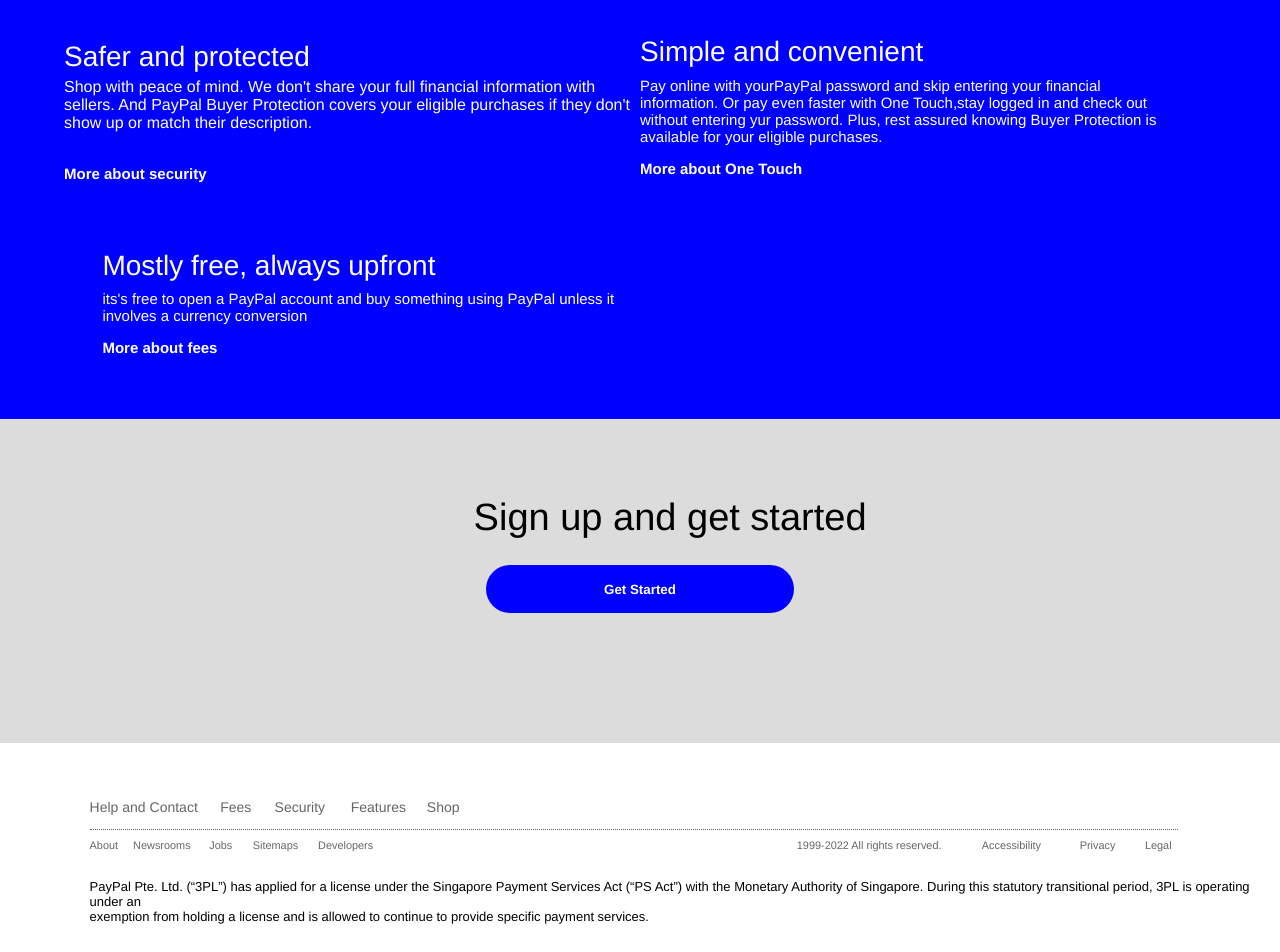
Repository: Jayeola3/Paypal
Page: ppal.html
An editor plug-in stored every save of this project. The page is shown before and after the next save, followed by the edit.
The browser window is 1280 px wide. The pictures show the part of the page from y = 1741 to 2693 px (the page is 2693 px tall).
A picture or video elsewhere on the page could not be fetched, so the positions and the page height are approximate. Some web libraries are served in a nearby version.

Above is the page before, as saved 2022-06-21 04:45:41.

### ppal.html
<!DOCTYPE html>
<html lang="en">
<head>
    <meta charset="UTF-8">
    <meta http-equiv="X-UA-Compatible" content="IE=edge">
    <meta name="viewport" content="width=device-width, initial-scale=1.0">
    <title>Document</title>
    <link rel="stylesheet" href="pay.css">
    <script src="https://kit.fontawesome.com/ae49a07b65.js" crossorigin="anonymous"></script>
    <script>
        function myFunction() {
            document.getElementById("drops").style.display="block";
        }
        </script>
</head>
<body>
    <div class="body">
        <div class="head">
            <img src="images/paypal.PNG" alt="" class="pal">
            <h3 class="sonal" onmouseover="myFunction()">Personal <i class="fa-light fas fa-angle-down"></i></h3>
            <button class="log">Log in</button>
            <button class="sign">Sign up</button>
        </div>
    </div>
    <div class="drop" id="drops">
        <a href="http://" class="link1">How PayPal Works <br><p class="lim">What can you do with a personal account</p></a>
        <a href="http://" class="link2">Pay Online <br><p class="lim2">Online payment without borders</p></a>
        <a href="http://" class="link3">Send Payments <br><p class="lim3">Send payment abroad</p></a>
        <a href="http://" class="link4">Search for Deals <br><p class="lim4">Pay with paypal and save money</p></a>
    </div>
    <div class="div1">
        <div class="in">The simpler, safer way to pay online</div>
        <button class="free">Sign up for free</button><p class="business">
        Own a business?<a href="http://"> Open a business account</a></p>
    </div>
    <div class="div2">
        <div class="ins">
            Paypal is for everyone who pays online.
        </div>
        <img src="images/1-individuals.jpg" alt="" class="indiv">
        <h3 class="individ">Individuals</h3>
        <p class="reason">Find out why we have more than 200M active accounts worldwide.</p>
        <button class="learn">Learn More</button>
    </div>
    <div class="div3">
        <div class="connect">
            Paypal connects buyers and sellers.
        </div>
        <p class="buys">For buyers <br>____________</p>
        <img src="images/buyonline_browser1.png" class="image1">
        <img src="images/buyonline_browser2.png" class="image2">
        <img src="images/buyonline_browser3.png" class="image3">
        <div class="num1">
           <p class="one"> 1</p>
        </div>
        <div class="signs">
            <p  class="steps"><a href="http://" class="links">Sign up</a> with just an email address and <br>password.</p>
        </div>
        <div class="num2">
            <p class="two"> 2</p>
         </div>
         <div class="sig">
             <p>Securely add a card.</p>
         </div>
         <div class="num3">
            <p class="three"> 3</p>
         </div>
         <div class="sigs">
             <p>Use the paypal button to check out with<br> just an email address and password.</p>
         </div>
         <button class="learns"> Learn More</button>
    </div>
    <div class="div4">
        <h2 class="active">Join 200m active PayPal accounts worldwide.</h2>
        <div class="safer">
            <h3 class="safe">Safer and protected</h3>
            <p>Shop with peace of mind. We don't share your full financial information with <br>sellers. And PayPal Buyer Protection covers your eligible purchases if they don't <br>show up or match their description.</p>
            <a href="http://" class="more" id="mores">More about security</a>
        </div>
        <div class="frees">
            <h3 class="front">Mostly free, always upfront</h3>
            <p>its's free to open a PayPal account and buy something using PayPal unless it <br>involves a currency conversion</p>
            <a href="http://" class="more">More about fees</a>
        </div>

        <div class="simple">
            <h3 class="con">Simple and convenient</h3>
            <p >Pay online with yourPayPal password and skip entering your financial <br>information. Or pay even faster with One Touch,stay logged in and check out <br>without entering yur password. Plus, rest assured knowing Buyer Protection is <br>available for your eligible purchases.</p>
            <a href="http://" class="more">More about One Touch</a>
        </div>

    </div>
    <div class="div5">
        <h2 class="start">Sign up and get started</h2>
        <button class="started"> Get Started</button>
    </div>
    <div class="help">
        <div class="move">
            <a href="http://" class="lin">Help and Contact</a>
            <a href="http://" class="win"> Fees</a>
            <a href="http://" class="gin">Security</a>
            <a href="http://" class="sin">Features</a>
            <a href="http://" class="qin">Shop</a>
        </div>
        <div class="bout">
            <a href="http://" class="bin">About</a>
            <a href="http://" class="won">Newsrooms</a>
            <a href="http://" class="gon">Jobs</a>
            <a href="http://" class="son">Sitemaps</a>
            <a href="http://" class="qon">Developers</a>
            <a href="http://" class="rights">1999-2022 All rights reserved.</a>
            <a href="http://" class="access">Accessibility</a>
            <a href="http://" class="privacy">Privacy</a>
            <a href="http://" class="legal">Legal</a>
        </div>
        <p class="limited">PayPal Pte. Ltd. (“3PL”) has applied for a license under the Singapore Payment Services Act (“PS Act”) with the Monetary Authority of Singapore. During this statutory transitional period, 3PL is operating under an <br>exemption from holding a license and is allowed to continue to provide specific payment services.</p>
    </div>
</body>
</html>

### pay.css
*{
    font-family: "Helvetica Neue",Helvetica,Arial,sans-serif;
}
body{
    padding: 0;
    margin: 0;
}
.head{
    width: 100%;
    height: 10%;
    position: absolute;
    top: 0%;
}
.pal{
    position: absolute;
    left: 7%;
    top:10%;
}
.drop{
    width: 100%;
    height: 25%;
    position: absolute;
    top: 10%;
    display: none;
    background-color:blue;
    font-size: 14px;
    font-weight: 10;
    z-index: 1;
}
.link1{
    position: absolute;
    top: 10%;
    left: 15%;
    width: 20%;
}
.link1:hover{
    color: white;
    text-decoration: underline;
}
.link2{
    position:absolute;
    top: 60%;
    left: 15%;
    width: 18%;
}
.link2:hover{
    color: white;
    text-decoration: underline;
}
.link3{
    position: absolute;
    right: 23.5%;
    top: 10%;
    width: 18%;
}
.link3:hover{
    color: white;
    text-decoration: underline;
}
.link4{
    position: absolute;
    right: 23.5%;
    top: 60%;
    width: 18%;
}
.link4:hover{
    color: white;
    text-decoration: underline;
}
.lim{
    position: absolute;
    top: 65%;
    font-size: smaller;
}
.lim:hover{
    color: white;
    text-decoration: underline;
}
.lim2{
    position: absolute;
    top: 65%;
    font-size: smaller;
}
.lim2:hover{
    color: white;
    text-decoration: underline;
}
.lim3{
    position: absolute;
    top: 65%;
    font-size: smaller;
}
.lim3:hover{
    color: white;
    text-decoration: underline;
}
.lim4{
    position: absolute;
    top: 65%;
    font-size: smaller;
}
.lim4:hover{
    color: white;
    text-decoration: underline;
}
.sonal{
    position: absolute;
    left: 46%;
    top:10%;
}
.log{
    position: absolute;
    right: 16%;
    top: 30%;
    font-size: 13px;
    font-weight: 800;
    color: blue;
    background-color: white;
    border: 1px solid blue;
    width: 6%;
    height: 50%;
    border-radius: 15px;
}
.sign{
    position: absolute;
    right: 9%;
    top: 30%;
    background-color: blue;
    color: white;
    font-size: 13px;
    font-weight: 800;
    box-shadow: none;
    width: 6%;
    height: 50%;
    border-radius: 18px;
    border: none;
}
.div1{
    background-color: blueviolet;
    width: 100%;
    height: 60%;
    position: absolute;
    bottom: 30%;
    text-align: center;
    font-weight: 100;
    color: white;
    font-size: 45px;
}
.in{
    position: absolute;
    top: 32%;
    left: 24%;
}
.free{
    position: absolute;
    top: 58%;
    left: 35%;
    width: 25%;
    height: 10%;
    border:none;
    border-radius: 18px;
    color: white;
    background-color: blue;
    font-size: 16px;
    font-weight: 600;
}
.business{
    position: absolute;
    top: 67%;
    left: 38%;
    font-size: 15px;
}
a{
    font-weight: 800;
    text-decoration: none;
    color: white;
}
a:hover{
    text-decoration: underline;
    color: blue;
}
.div2{
    width: 100%;
    height: 50%;
    position: absolute;
    top: 80%;
    text-align: center;
    font-weight: 100;
    font-size: 45px;
}
.indiv{
    position: absolute;
    top: 28%;
    left: 48%;
}
.individ{
    position: absolute;
    top: 48%;
    left: 46%;
    font-size: 25px;
}
.reason{
    position: absolute;
    top:63%;
    left: 32%;
    font-size: 18px;
}
.learn{
    position: absolute;
    top: 79%;
    left: 42%;
    font-size: 15px;
    width: 14%;
    color: blue;
    background-color: white;
    border-radius: 22px;
    border:1px solid blue;
    height: 15%;
}
.div3{
    width: 100%;
    height: 80%;
    position: absolute;
    top: 140%;
    text-align: center;
    background-color: gainsboro;
    font-weight: 100;
    font-size: 45px;
}
.connect{
    position: absolute;
    top: 7%;
    left: 30%;
    font-size: 35px;
    font-weight: light;
}
.buys{
    position: absolute;
    top: 18%;
    left: 47%;
    font-size: 14px;
    font-weight: 10;
}
.image1{
    position: absolute;
    top: 32%;
    left: 13%;
}
.image2{
    position: absolute;
    top: 32%;
    left: 43%;
}
.image3{
    position: absolute;
    top: 32%;
    left: 73%;
}
.num1{
    position: absolute;
    top: 64%;
    left: 7%;
    width: 3%;
    height: 7.5%;
    font-size: 20px;
    border:1px solid gray;
    border-radius: 100%;
}
.one{
    position: absolute;
    top:-27%;
    left: 37%;
}
.signs{
    position: absolute;
    top:62%;
    left: 11%;
    font-size: 18px;
    text-align: justify;
}
.links{
    color:blue;
    text-decoration: none;
}
.links:hover{
    color:blue;
    text-decoration: underline;
}
.num2{
    position: absolute;
    top: 64%;
    left: 39%;
    width: 3%;
    height: 7.5%;
    font-size: 20px;
    border:1px solid gray;
    border-radius: 100%;
}
.two{
    position: absolute;
    top:-27%;
    left: 37%;
}
.sig{
    position: absolute;
    top:62%;
    left: 43%;
    font-size: 18px;
}
.num3{
    position: absolute;
    top: 64%;
    left: 69%;
    width: 3%;
    height: 7.5%;
    font-size: 20px;
    border:1px solid gray;
    border-radius: 100%;
}
.three{
    position: absolute;
    top:-27%;
    left: 37%;
}
.sigs{
    position: absolute;
    top:62%;
    left: 73%;
    text-align: justify;
    font-size: 18px;
}
.learns{
    position: absolute;
    top: 80%;
    left: 42%;
    font-size: 15px;
    width: 14%;
    background-color: gainsboro;
    color: blue;
    border-radius: 22px;
    border:1px solid blue;
    height: 10%;
}
.div4{
    width: 100%;
    height: 80%;
    position: absolute;
    top: 220%;
    background-color: blue;

}
.active{
    font-size: 40px;
    position: absolute;
    left: 19%;
    top: 3%;
    color: white;
}
.simple{
    position: absolute;
    left: 50%;
    top: 38%;
    color: white;
    font-size: 14.994px;
    font-weight: 500;
    font-family: "Helvetica Neue",Helvetica,Arial,sans-serif;;
}
.con{
    position: absolute;
    top: -47%;
    font-size: 28px;
    font-weight: 200;
}
.pro{
    width: 50%;
    position: absolute;
    top: 90%;
}
.frees{
    position: absolute;
    left: 8%;
    top: 75%;
    color: white;
    font-size: 14.994px;
    font-weight: 500;
    font-family: "Helvetica Neue",Helvetica,Arial,sans-serif;
}
.front{
    position: absolute;
    top: -65%;
    font-size: 28px;
    font-weight: 200;
}
.safer{
    position: absolute;
    left: 5%;
    top: 38%;
    font-size: 14.994 px;
    font-weight: 500;
    font-family: "Helvetica Neue",Helvetica,Arial,sans-serif;
    color: white;
}
.safe{
    position: absolute;
    top: -57%;
    font-size: 28px;
    font-weight: 200;
}
#mores{
    position: absolute;
    top: 120%;
}
.more{
    font-size: 15px;
    font-weight: 800;
}
.more:hover{
    text-decoration: underline;
    color: white;
}
.div5{
    width: 100%;
    height: 45%;
    position: absolute;
    top: 300%;
    text-align: center;
    background-color:gainsboro;
}
.start{
    position:absolute;
    top: 14%;
    left: 37%;
    font-size: 38px;
    font-weight: 100;
}
.started{
    position: absolute;
    top: 45%;
    left: 38%;
    width: 24%;
    height: 15%;
    border: none;
    border-radius: 124px;
    font-weight: 800;
    background-color: blue;
    color: white;
}
.help{
    width: 100%;
    height: 34%;
    position: absolute;
    top: 340%;
}
.move{
    position: absolute;
    left: 7%;
    top: 25%;
    width: 85%;
    height: 25%;
    font-size: 15px;
    font-weight: 100;
    text-align:center;
    border:1px dotted #666666;
    border-top: none;
    border-left: none;
    border-right: none;
}
.lin{
    position: absolute;
    left: 0%;
    top: 50%;
    color: #666666;
    font-size: 14px;
    font-weight: 200;
}
.lin:hover{
    color: #666666;
}
.win{
    position: absolute;
    left: 12%;
    top: 50%;
    color: #666666;
    font-size: 14px;
    font-weight: 200;
}
.win:hover{
    color: #666666;
}
.gin{
    position: absolute;
    left: 17%;
    top: 50%;
    color: #666666;
    font-size: 14px;
    font-weight: 200;
}
.gin:hover{
    color: #666666;
}
.sin{
    position: absolute;
    left: 24%;
    top: 50%;
    color: #666666;
    font-size: 14px;
    font-weight: 200;
}
.sin:hover{
    color: #666666;
}
.qin{
    position: absolute;
    left: 31%;
    top: 50%;
    color: #666666;
    font-size: 14px;
    font-weight: 200;
}
.qin:hover{
    color: #666666;
}
.bout{
    position: absolute;
    left: 7%;
    top: 54%;
    width: 85%;
    font-size: 10.9px;
    color: #666666;

}
.bin{
    color: #666666;
    font-weight: lighter;
}
.bin:hover{
    color: #666666;
}
.won{
    position: absolute;
    left: 4%;
    color: #666666;
    font-weight: lighter;
}
.won:hover{
    color: #666666;
}
.gon{
    position: absolute;
    left: 11%;
    color: #666666;
    font-weight: lighter;
}
.gon:hover{
    color: #666666;
}
.son{
    position: absolute;
    left: 15%;
    color: #666666;
    font-weight: lighter;
}
.son:hover{
    color: #666666;
}
.qon{
    position: absolute;
    left: 21%;
    color: #666666;
    font-weight: lighter;
}
.qon:hover{
    color: #666666;
}
.rights{
    position: absolute;
    left: 65%;
    font-weight: lighter;
    color: #666666;
}
.rights:hover{
    color: #666666;
    text-decoration: none;
}
.access{
    position: absolute;
    left: 82%;
    color: #666666;
    font-weight: lighter;
}
.access:hover{
    color: #666666;
}
.privacy{
    position: absolute;
    left: 91%;
    color: #666666;
    font-weight: lighter;
}
.privacy:hover{
    color: #666666;
}
.legal{
    position: absolute;
    left: 97%;
    color: #666666;
    font-weight: lighter;
}
.legal:hover{
    color: #666666;
}
.limited{
    position: absolute;
    top: 65%;
    left: 7%;
    font-size: 13px;
}

After the next save:
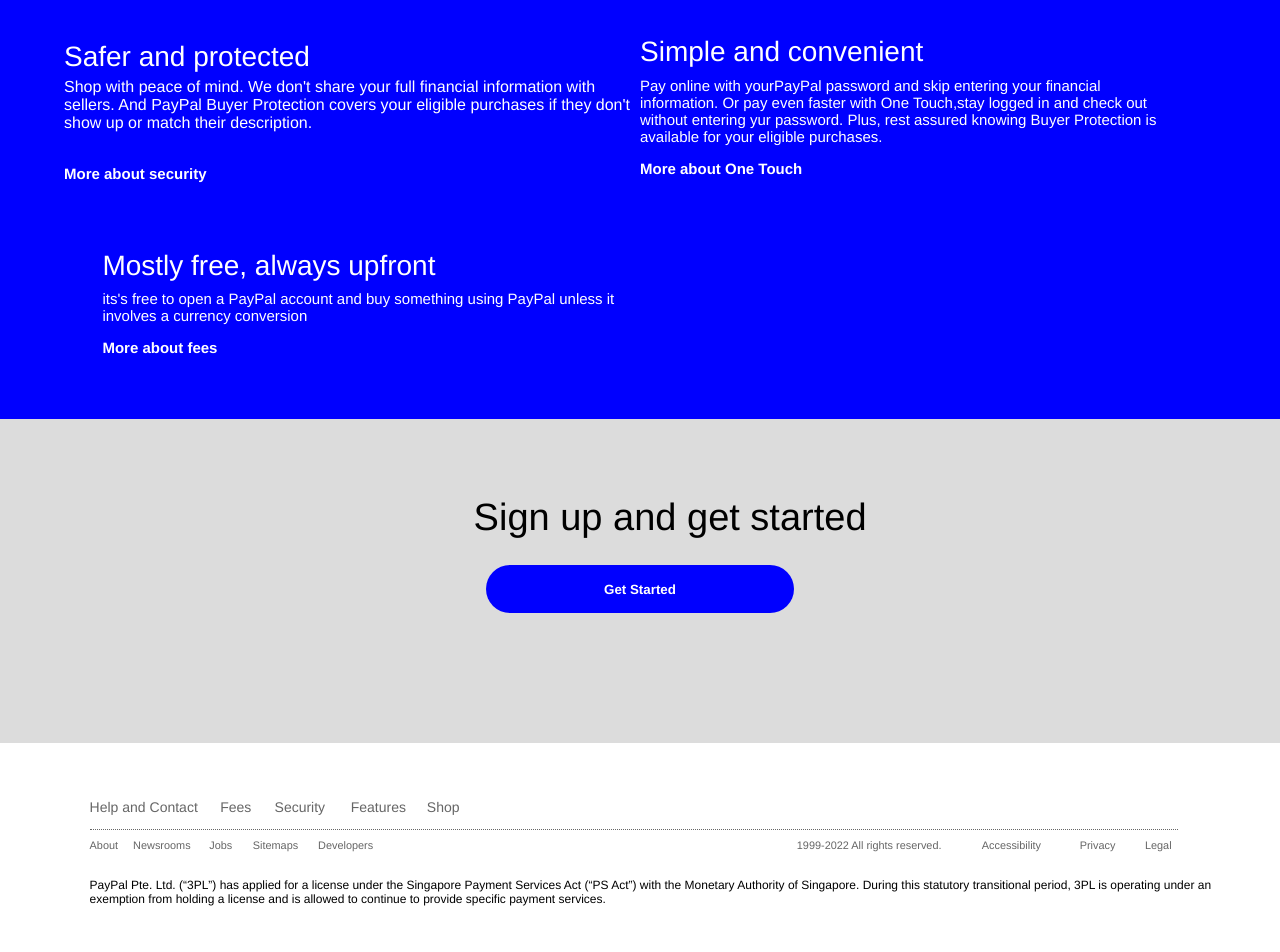
Saved 47 s later.
--- a/pay.css
+++ b/pay.css
@@ -613,5 +613,5 @@
     position: absolute;
     top: 65%;
     left: 7%;
-    font-size: 13px;
-}
+    font-size: 12px;
+}
